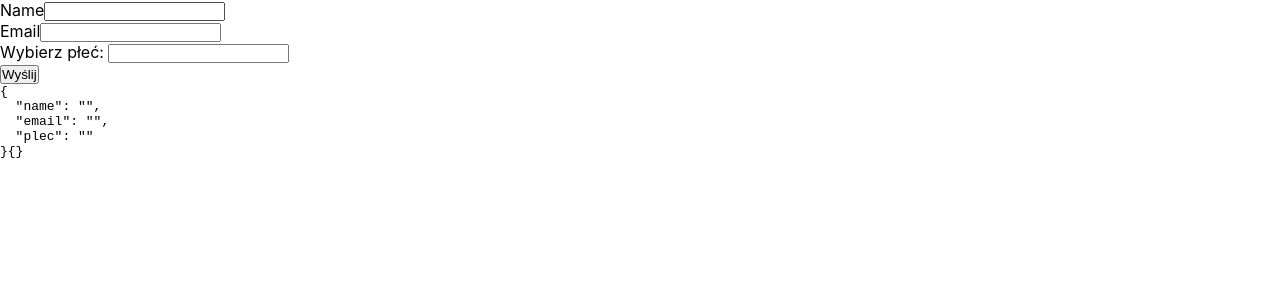
Repository: KrzysKolo/sr_tydzien4_zad3
Page: /
An editor plug-in stored every save of this project. The page is shown before and after the next save, followed by the edit.
The browser window is 1280 px wide. The pictures show the whole page.
The project was rebuilt for these pictures with package versions that can differ from the ones it lists, and the page was loaded fresh each time. Also part of the build but not shown: src/components/FormComponents/TextError.js.

Above is the page before, as saved 2020-11-19 13:16:08.

### src/App.js
import React from 'react';
import './App.css';
import FormikContainer from './components/Formik/FormikContainer';
const App = () => {
  return (
    <main className="App">
      <FormikContainer />
    </main>
   );
}

export default App;

### src/components/Formik/FormikContainer.js
import React from 'react';
import { Formik, Form } from 'formik';
import * as yup from 'yup';
import FormikControl from './FormikControl';
import RadioOptions from './../../data/RadioOptions';

const FormikContainer = () => {
    const initialValues = {
        name: '',
        email: '',
        plec: '',
    }

    const validationSchema = yup.object({
        name: yup.string().required("Imię jest obowiązkowe!").min(2,"Twóje imię musi mieć więcej niż 2 znaki!").max(30,'Twoje imię może mieć maxymalnie 30 znaków!'),
        email: yup.string().required("Email jest wymagany").email("Adres zawiera błędy"),
        plec: yup.string().required('Zaznacz jedną wartość'),
    });

    const onSubmit = values => console.log('Form data: ', values);
    return (
        <Formik
            initialValues={initialValues}
            validationSchema={validationSchema}
            onSubmit={onSubmit}
        >
            { ({formik, values, errors}) => (
                <Form>
                    <section className="section">
                        <FormikControl control='input' type='text' label='Name' name='name'/>
                        <FormikControl control='input' type='email' label='Email' name='email'/>
                    </section>
                    <section className="section">
                        <FormikControl control='radio' label='Wybierz płeć: ' name='plec' options={RadioOptions}/>
                    </section>
                    <button type="submit">Wyślij</button>
                    <pre>
                        {JSON.stringify(values, null, 2)}
                        {JSON.stringify(errors, null, 2)}
                    </pre>
                </Form>
            )

            }

        </Formik>
    )
}
export default FormikContainer;

### src/components/Formik/FormikControl.js
import Input from './../FormComponents/Input';
import Radio from './../FormComponents/Input';

const FormikControl = (props) => {
    const { control, ...rest } = props;
    switch(control) {
        case 'input': return <Input {...rest} />
        case 'radio': return <Radio {...rest} />
        default: return null
    }
}

export default FormikControl;

### src/data/RadioOptions.js
const RadioOptions=[
    { id: 0, value: "k", label: 'kobieta' },
    { id: 1, value: "m", label: 'mężczyzna' },
   ];
export default RadioOptions;

### src/components/FormComponents/Input.js
import React from 'react';
import{ Field, ErrorMessage } from 'formik';
import TextError from './TextError';

const Input = (props) => {
    const { label, name, ...rest } = props;
    return (
        <div className="form-control">
             <label htmlFor={name}>{label}</label>
            <Field id={name} name={name} {...rest} />
            <ErrorMessage name={name} component={TextError} />
        </div>
     );
}

export default Input;

### src/components/FormComponents/Radio.js
import React from 'react';
import{ Field, ErrorMessage } from 'formik';
import TextError from './TextError';

const Radio = (props) => {
    const { label, name, options, ...rest } = props;
    return (
        <div className="form-control">
            <label htmlFor={name}>{label}</label>
            <div className="radio-row">
                <Field name={name} {...rest}>
                    {
                    ({ field }) => {
                        return options.map(option => {
                            return (
                                <div className="radio-row" key={option.id} >
                                    <input type='radio' id={option.id} {...field} value={option.value} checked={field.value === option.value}/>
                                    <label htmlFor={option.id}>{option.label}</label>
                                </div>
                            )
                        })
                    }
                    }
                </Field>
            </div>
            <ErrorMessage name={name} component={TextError} />
        </div>
     );
}

export default Radio;

Loaded but not shown: public/index.html (common file); src/index.js (common file); src/index.css (common file); src/App.css (common file)

After the next save:
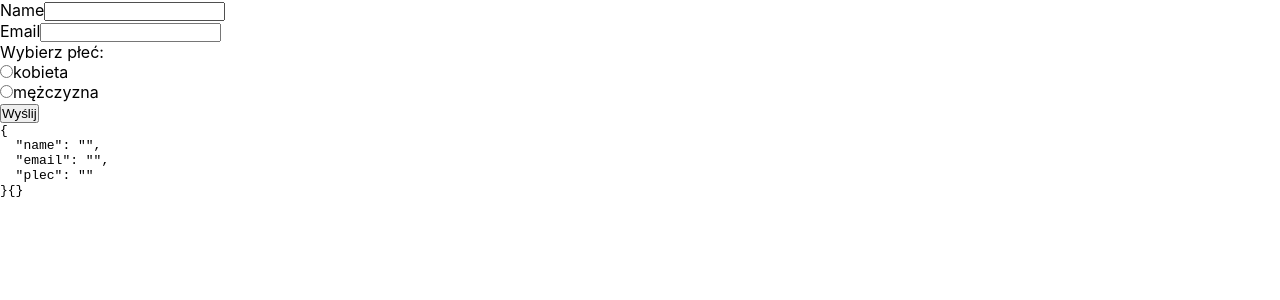
Saved 7 s later.
--- a/src/components/Formik/FormikControl.js
+++ b/src/components/Formik/FormikControl.js
@@ -1,5 +1,5 @@
 import Input from './../FormComponents/Input';
-import Radio from './../FormComponents/Input';
+import Radio from './../FormComponents/Radio';
 
 const FormikControl = (props) => {
     const { control, ...rest } = props;
